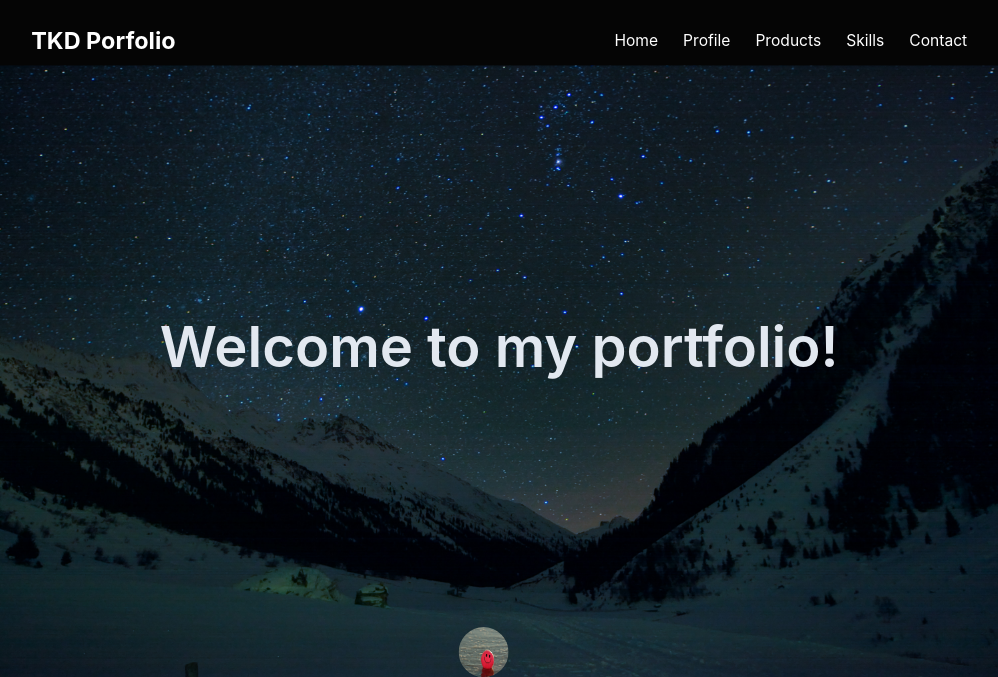
Repository: MitukiTakada/todo-aplication
Page: / (app in design/dev/react-tailwind/react-tailwind/)
An editor plug-in stored every save of this project. The page is shown before and after the next save, followed by the edit.
The browser window is 1280 px wide. The pictures show the whole page, at 78% of full size.
The project was rebuilt for these pictures with package versions that can differ from the ones it lists, and the page was loaded fresh each time. Also part of the build but not shown: design/dev/react-tailwind/react-tailwind/src/components/Contact.jsx, design/dev/react-tailwind/react-tailwind/src/components/Products.jsx, design/dev/react-tailwind/react-tailwind/src/components/Profile.jsx, design/dev/react-tailwind/react-tailwind/src/components/Skills.jsx.

Above is the page before, as saved 2022-11-19 15:01:01.

After the next save:
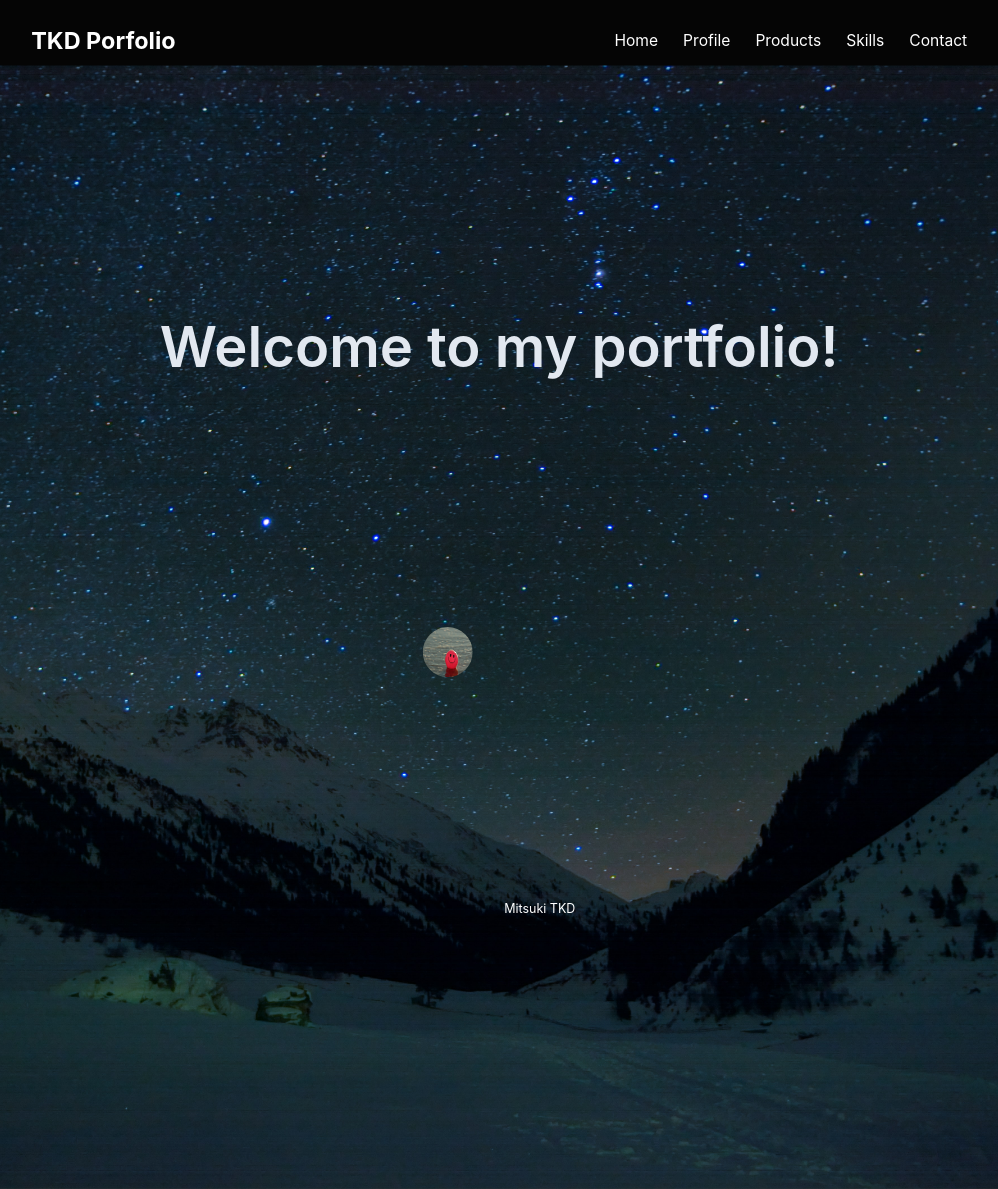
Saved 7 s later.
--- a/design/dev/react-tailwind/react-tailwind/src/components/Home.jsx
+++ b/design/dev/react-tailwind/react-tailwind/src/components/Home.jsx
@@ -11,7 +11,7 @@
       </div>
       <div className="flex mx-auto px-24 space-x-10 justify-center">
         <img src={userImage} alt="" className="h-16 w-16 rounded-full"/>
-        <h1></h1>
+        <h1>Mitsuki TKD</h1>
       </div>
     </div>
   )

After the save that followed:
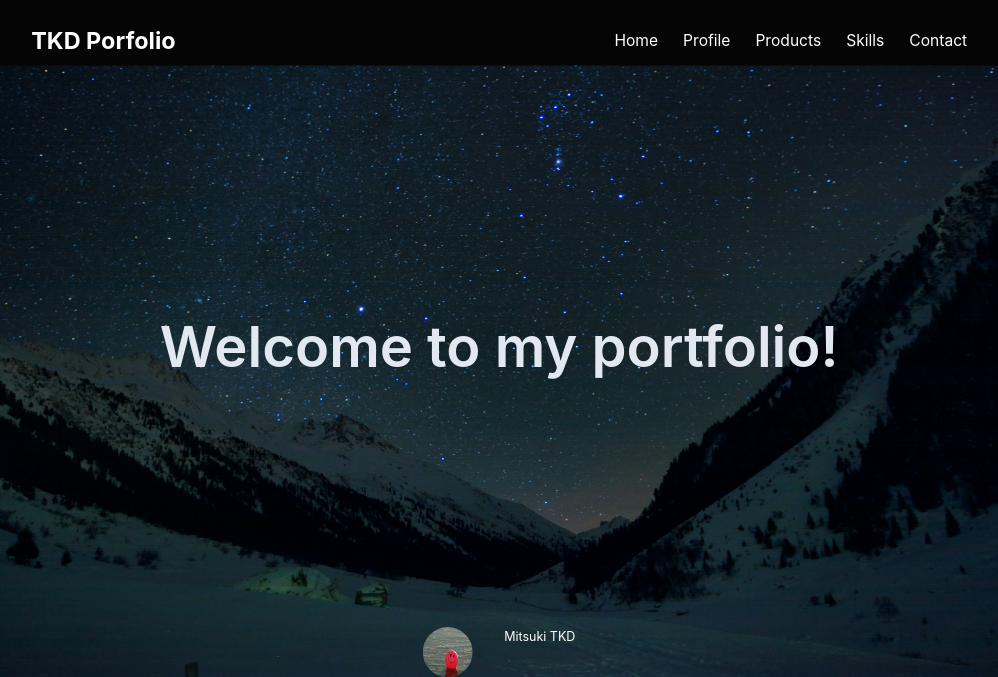
Saved 53 s later.
--- a/design/dev/react-tailwind/react-tailwind/src/components/Home.jsx
+++ b/design/dev/react-tailwind/react-tailwind/src/components/Home.jsx
@@ -11,7 +11,7 @@
       </div>
       <div className="flex mx-auto px-24 space-x-10 justify-center">
         <img src={userImage} alt="" className="h-16 w-16 rounded-full"/>
-        <h1>Mitsuki TKD</h1>
+        <h2>Mitsuki TKD</h2>
       </div>
     </div>
   )
